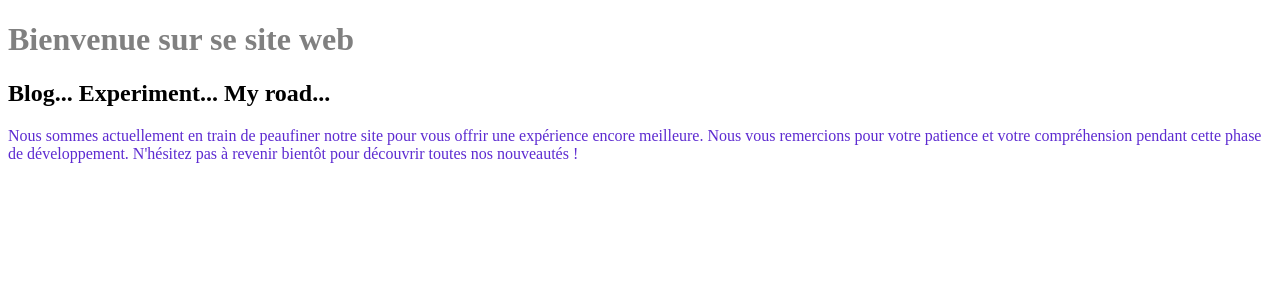
Repository: ValetteEvan/PersonalWebApp
Page: index.html
These files come from the project's save history. The page is drawn as it stood at one moment and after the next save; the edit follows.
The browser window is 1280 px wide. The pictures show the whole page.

Above is the page before, as saved 2025-01-07 17:38:29.

### index.html
<!DOCTYPE html>
<html>

    <head>
        <meta charset="utf-8" />
        <title>Valette Evan</title>
        <link href="style.css" rel="stylesheet">
    </head>

    <body>
        <div class="webGlobal">
            <h1>Bienvenue sur se site web</h1>
            <h2>Blog... Experiment... My road...</h2>
                <p class="firstParagraph">Nous sommes actuellement en train de peaufiner notre site pour
                 vous offrir une expérience encore meilleure. Nous vous remercions
                 pour votre patience et votre compréhension pendant cette phase de
                 développement. N'hésitez pas à revenir bientôt pour découvrir toutes nos nouveautés !
                </p>
        </div>
    </body>
</html>

### style.css
h1 {
    color: gray;
}
.webGlobal{
    size: 1500px;
}
.firstParagraph {
    color:rgb(93, 43, 209);
}

After the next save:
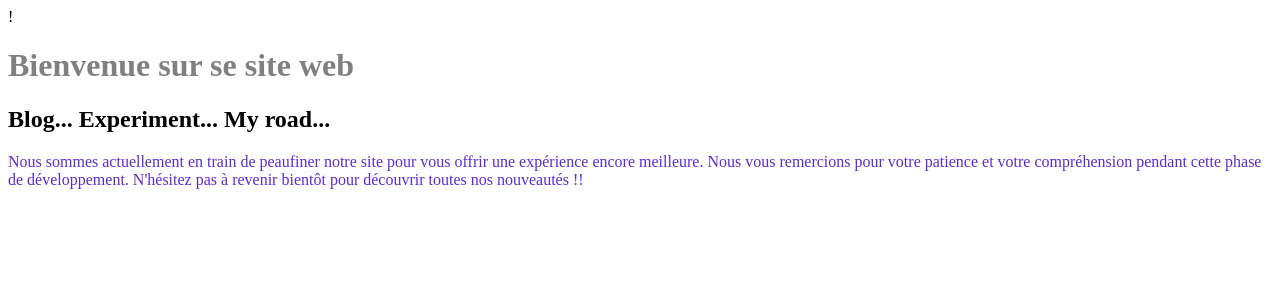
Saved 22 s later.
--- a/index.html
+++ b/index.html
@@ -1,4 +1,4 @@
-<!DOCTYPE html>
+!<!DOCTYPE html>
 <html>
 
     <head>
@@ -14,7 +14,7 @@
                 <p class="firstParagraph">Nous sommes actuellement en train de peaufiner notre site pour
                  vous offrir une expérience encore meilleure. Nous vous remercions
                  pour votre patience et votre compréhension pendant cette phase de
-                 développement. N'hésitez pas à revenir bientôt pour découvrir toutes nos nouveautés !
+                 développement. N'hésitez pas à revenir bientôt pour découvrir toutes nos nouveautés !!
                 </p>
         </div>
     </body>

After the save that followed:
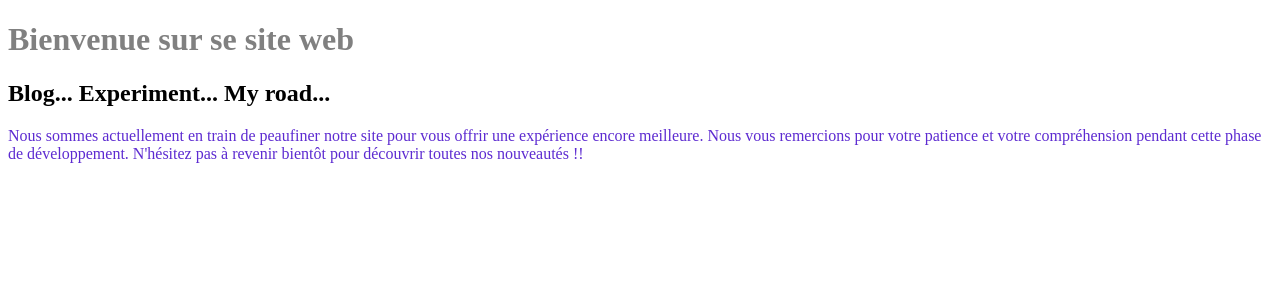
Saved 7 s later.
--- a/index.html
+++ b/index.html
@@ -1,4 +1,4 @@
-!<!DOCTYPE html>
+<!DOCTYPE html>
 <html>
 
     <head>
